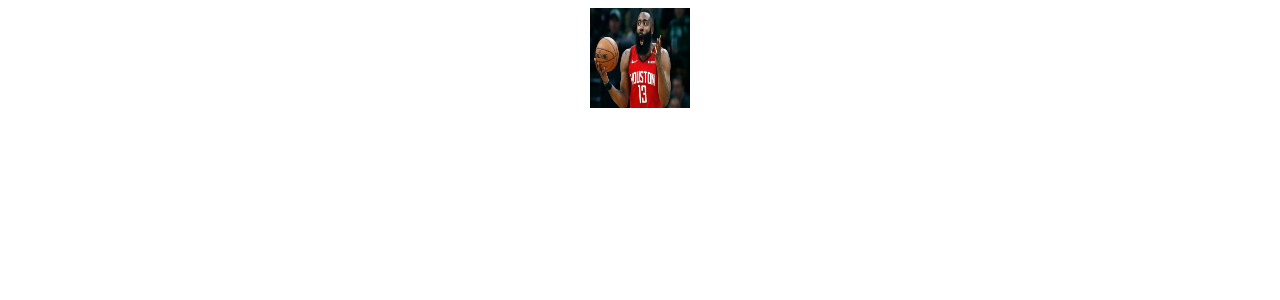
Repository: cleangggg/front
Page: css/ex07.html
The author's editor kept a copy of each file at every save. The page is drawn from the files as they stood at one save, then again after the next save.
The browser window is 1280 px wide. The pictures show the whole page.
The pointer rests on the first visible `.img`.

Above is the page before, as saved 2023-05-25 02:12:57.

After the next save:
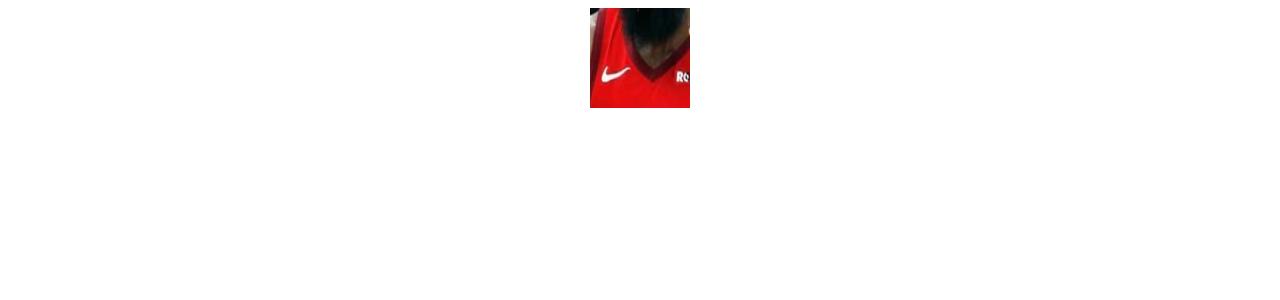
Saved 8 s later.
--- a/css/ex07.html
+++ b/css/ex07.html
@@ -6,7 +6,7 @@
 <style type="text/css">
 	div{text-align :center; background: red;}
 	.img {width:100px; height:100px; transition: all 0.1s;}
-	.img:hover{ transform : scale(1.1)}
+	.img:hover{ transform : scale(5)}
 	.over {overflow:hidden; width: 100px; height:100px;
 			margin: auto}
 </style>

After the save that followed:
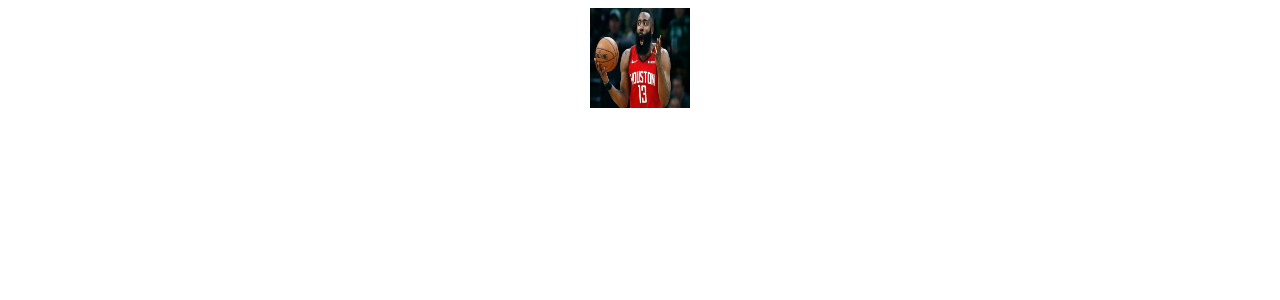
Saved 7 s later.
--- a/css/ex07.html
+++ b/css/ex07.html
@@ -6,7 +6,7 @@
 <style type="text/css">
 	div{text-align :center; background: red;}
 	.img {width:100px; height:100px; transition: all 0.1s;}
-	.img:hover{ transform : scale(5)}
+	.img:hover{ transform : scale(1.1)}
 	.over {overflow:hidden; width: 100px; height:100px;
 			margin: auto}
 </style>
